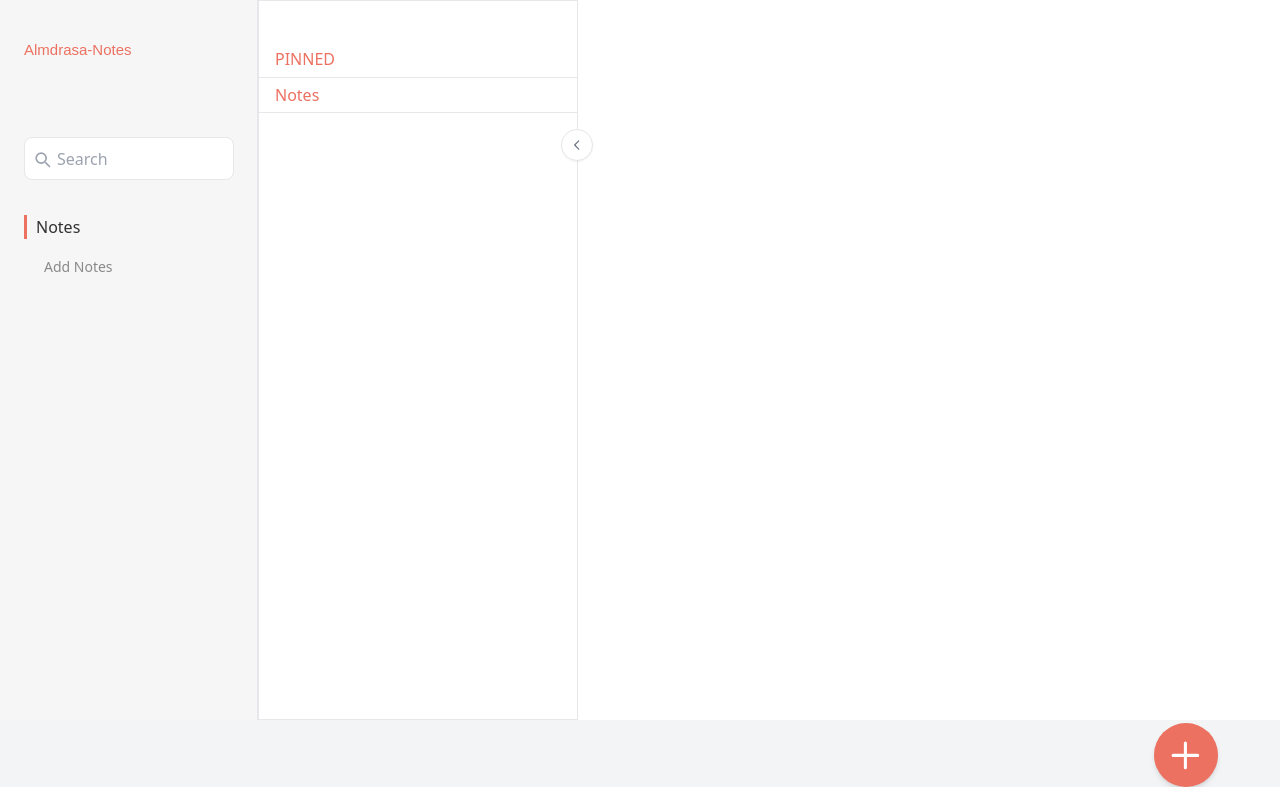
Repository: wafaa399/Note-App
Page: index.html
These files come from the project's save history. The page is drawn as it stood at one moment and after the next save; the edit follows.
The browser window is 1280 px wide. The pictures show the whole page.
Some web fonts or font styles are not loaded; a fallback is used. Some web libraries are served in a nearby version.

Above is the page before, as saved 2026-07-20 04:21:18.
Console error: ReferenceError: input is not defined

### index.html
<!doctype html>
<html lang="en">
  <head>
    <meta charset="UTF-8" />
    <meta name="viewport" content="width=device-width, initial-scale=1.0" />
    <meta
      name="description"
      content="A notes application built with HTML, CSS, and JavaScript."
    />
    <meta name="keywords" content="notes, HTML, CSS, JavaScript" />
    <link rel="icon" href="/img/Logo.png" type="image/png" />
    <title>Note App</title>
    <script src="https://cdn.tailwindcss.com"></script>
    <link rel="preconnect" href="https://fonts.googleapis.com" />
    <link rel="preconnect" href="https://fonts.gstatic.com" crossorigin />
    <link
      href="https://fonts.googleapis.com/css2?family=Aclonica&display=swap"
      rel="stylesheet"
    />

    <script>
      tailwind.config = {
        theme: {
          extend: {
            fontFamily: {
              aclonica: ["Aclonica", "sans-serif"],
            },
          },
        },
      };
    </script>
  </head>
  <script
    type="module"
    src="https://unpkg.com/ionicons@7.1.0/dist/ionicons/ionicons.esm.js"
  ></script>
  <script
    nomodule
    src="https://unpkg.com/ionicons@7.1.0/dist/ionicons/ionicons.js"
  ></script>
  <script type="module" src="./src/controller.js"></script>
  <body class="bg-gray-100 h-screen overflow-hidden text-sm text-gray-800">
    <!-- for phone only -->
    <div class="flex h-screen w-screen relative">
      <div
      class="md:hidden flex items-center justify-between h-14 px-4 border-b border-gray-200 bg-white relative z-30"
    >
      <button id="mobileMenuBtn" class="text-[#303030]">
        <svg class="w-6 h-6" fill="none" stroke="currentColor" viewBox="0 0 24 24">
          <path stroke-linecap="round" stroke-linejoin="round" stroke-width="2" d="M4 6h16M4 12h16M4 18h16" />
        </svg>
      </button>
      <h1 class="font-aclonica text-[0.9375rem] text-[#EC7160] font-normal">Almdrasa-Notes</h1>
      <button id="mobileSearchBtn" class="text-[#303030]">
        <svg class="w-5 h-5" fill="none" stroke="currentColor" viewBox="0 0 24 24">
          <path stroke-linecap="round" stroke-linejoin="round" stroke-width="2" d="M21 21l-4.35-4.35M17 11a6 6 0 11-12 0 6 6 0 0112 0z" />
        </svg>
      </button>
    </div>
    <div
      id="sidebarBackdrop"
      class="hidden md:hidden fixed inset-0 bg-black/30 z-30"
    ></div>

    <div class="flex h-[calc(100vh-3.5rem)] md:h-screen w-screen relative">
      <!--------SIDEBAR -------->
      <aside
        id="sidebar"
        class="bg-[#F6F6F6] border-r border-gray-200 flex-shrink-0 overflow-hidden pl-6 pt-10 md:translate-x-0
               transition-transform duration-300"
        style="width: 16.125rem"
      >
      <!-- phonee -->
      <button id="closeSidebarBtn" class="md:hidden absolute top-4 right-4 text-gray-500">
          <svg class="w-5 h-5" fill="none" stroke="currentColor" viewBox="0 0 24 24">
            <path stroke-linecap="round" stroke-linejoin="round" stroke-width="2" d="M6 18L18 6M6 6l12 12" />
          </svg>
        </button>

        <div class="w-[8.375rem] h-[1.0625rem] mb-[5rem]">
          <h1 class="font-aclonica text-[0.9375rem] text-[#EC7160] font-normal">
            Almdrasa-Notes
          </h1>
        </div>

        <div class="relative mb-5 w-[13.125rem] h-[2.7rem]">
          <input
            type="text"
            placeholder="Search"
            class="w-full h-full text-[1rem] border border-[#E7E7E9] rounded-lg pl-8 py-2 outline-none focus:ring-1 focus:ring-red-400"
          />
          <svg
            class="w-5 h-5 text-gray-400 absolute left-2 top-1/2 -translate-y-1/2"
            fill="none"
            stroke="currentColor"
            viewBox="0 0 24 24"
          >
            <path
              stroke-linecap="round"
              stroke-linejoin="round"
              stroke-width="2"
              d="M21 21l-4.35-4.35M17 11a6 6 0 11-12 0 6 6 0 0112 0z"
            />
          </svg>
        </div>
        <div class="space-y-2">
          <button
            data-view="notes"
            class="nav-item relative w-full h-[3.3rem] pl-3 rounded text-[1rem] font-medium text-[#303030] flex items-center"
          >
            <span
              class="absolute left-0 top-1/2 -translate-y-1/2 w-[.2rem] h-[1.5rem] bg-[#EC7160]"
            ></span>
            Notes
          </button>

          <button
            data-view="add"
            class="nav-item w-full h-3 text-left pl-5 rounded text-[#898989] flex items-center hover:bg-gray-50"
          >
            Add Notes
          </button>
        </div>
      </aside>

      <!--NOTES LIST:pinned or all -->
      <section
        class="relative md:w-80  flex-shrink-0 border border-[#E7E7E9] bg-white text-[#EC7160] h-full"
      >
        <div class="h-full overflow-y-auto overflow-x-hidden px-4 pt-12">
          <div class="mb-1">
            <p class="text-[1rem] font-normal mb-2">PINNED</p>
            <div id="pinnedList" class="space-y-1"></div>
          </div>
          <div class="mt-17">
            <div
              class="-mx-4 mb-8 h-[36px] border-y border-[#E7E7E9] flex items-center"
            >
              <p class="px-4 text-[1rem] font-normal">Notes</p>
            </div>
            <div id="notesList" class="space-y-9"></div>
          </div>
        </div>
        <button
          id="toggleBtn"
          class="absolute top-32 right-0 translate-x-1/2 z-20 w-8 h-8 bg-white border border-[#E7E7E9] rounded-full flex items-center justify-center shadow-sm hover:bg-gray-50 transition-all"
        >
          <svg
            id="toggleIcon"
            class="w-3.5 h-3.5 text-gray-500 transition-transform"
            fill="none"
            stroke="currentColor"
            viewBox="0 0 24 24"
          >
            <path
              stroke-linecap="round"
              stroke-linejoin="round"
              stroke-width="2"
              d="M15 19l-7-7 7-7"
            />
          </svg>
        </button>
      </section>
      <!--NOTE DETAIL -->
      <main class="flex-1 overflow-y-auto bg-white">
        <div id="detailView" class="pt-[114px]"></div>
        <button
          id="addNoteFab"
          class="absolute top-[45.2rem] right-[3.9rem] w-16 h-16 rounded-full bg-[#EC7160] text-white flex items-center justify-center shadow-md hover:bg-[#e05f4d] transition-colors"
        >
          <svg
            class="w-[2.3rem] h-[2.3rem]"
            fill="none"
            stroke="currentColor"
            viewBox="0 0 24 24"
          >
            <path
              stroke-linecap="round"
              stroke-linejoin="round"
              stroke-width="2"
              d="M12 4v16m8-8H4"
            />
          </svg>
        </button>
      </main>
    </div>
  </body>
</html>

### src/controller.js
import * as Model from "./model.js";
import { renderNotesList } from "./Views/notesView.js";
import { renderNoteDetail, renderAddNoteForm } from "./Views/detailsView.js";

let currentQuery = "";
const isMobile = () => window.matchMedia("(max-width: 767px)").matches;

function showListScreen() {
  if (!isMobile()) return;
  document.getElementById("notesSection").classList.remove("hidden");
  document.getElementById("detailSection").classList.add("hidden");
}

function showDetailScreen() {
  if (!isMobile()) return;
  document.getElementById("notesSection").classList.add("hidden");
  document.getElementById("detailSection").classList.remove("hidden");
}

function refreshList() {
  const source = currentQuery
    ? Model.searchNotes(currentQuery)
    : Model.getAllNotes();
  const pinned = source.filter((n) => n.pinned);
  const unpinned = source.filter((n) => !n.pinned);

  renderNotesList({
    pinned,
    unpinned,
    onSelect: (id) => {
      const note = Model.getNoteById(id);
      renderNoteDetail(note);
      showDetailScreen();
    },
    onDelete: (id) => {
      Model.deleteNote(id);
      refreshList();
      renderNoteDetail(null);
      showListScreen();
    },
  });
}

function showAddNoteForm() {
  renderAddNoteForm({
    onSubmit: ({ title, author, content, pinned }) => {
      const note = Model.addNote({ title, author, content, pinned });
      refreshList();
      renderNoteDetail(note);
    },
  });
  showDetailScreen();
}

function openMobileSidebar() {
  document.getElementById("sidebar").classList.remove("-translate-x-full");
  document.getElementById("sidebarBackdrop").classList.remove("hidden");
}

function closeMobileSidebar() {
  document.getElementById("sidebar").classList.add("-translate-x-full");
  document.getElementById("sidebarBackdrop").classList.add("hidden");
}

function initSidebar() {
  document.querySelectorAll(".nav-item").forEach((btn) => {
    btn.addEventListener("click", () => {
      const view = btn.dataset.view;
      if (view === "add") {
        showAddNoteForm();
      } else {
        renderNoteDetail(null);
        showListScreen();
      }
      closeMobileSidebar();
    });
  });

  document
    .getElementById("addNoteFab")
    .addEventListener("click", showAddNoteForm);
}

input.addEventListener("input", renderResults);

function initSearch() {
  document
    .querySelector('input[placeholder="Search"]')
    .addEventListener("input", (e) => {
      currentQuery = e.target.value;
      refreshList();
    });
}

function initToggleSidebar() {
  const sidebar = document.getElementById("sidebar");
  const toggleBtn = document.getElementById("toggleBtn");
  const toggleIcon = document.getElementById("toggleIcon");
  let collapsed = false;

  toggleBtn.addEventListener("click", () => {
    collapsed = !collapsed;
    sidebar.style.width = collapsed ? "0rem" : "16.125rem";
    sidebar.style.paddingLeft = collapsed ? "0" : "";
    toggleIcon.style.transform = collapsed ? "rotate(180deg)" : "rotate(0deg)";
  });
}

function init() {
  initSidebar();
  initSearch();
  initToggleSidebar();
  refreshList();
  renderNoteDetail(null);
  showListScreen();
}

document.addEventListener("DOMContentLoaded", init);

### src/model.js
const STORAGE_KEY = "almdrasa_notes";

function loadNotes() {
  const data = localStorage.getItem(STORAGE_KEY);
  return data ? JSON.parse(data) : [];
}

function saveNotes(notes) {
  localStorage.setItem(STORAGE_KEY, JSON.stringify(notes));
}

let notes = loadNotes();
//to get data of notes from localstorage

export function getAllNotes() {
  return notes;
}

///status of notes
//1-pinned notes
export function getPinnedNotes() {
  return notes.filter((n) => n.pinned);
}

//2-regular notes
export function getUnpinnedNotes() {
  return notes.filter((n) => !n.pinned);
}
export function getNoteById(id) {
  return notes.find((n) => n.id === id);
}

export function addNote({ title, author, content, pinned = false }) {
  const newNote = {
    id: Date.now().toString(),
    title,
    author,
    content,
    date: new Date().toISOString(),
    pinned,
  };
  notes.unshift(newNote);
  saveNotes(notes);
  return newNote;
}

export function deleteNote(id) {
  notes = notes.filter((n) => n.id !== id);
  saveNotes(notes);
}

export function searchNotes(query) {
  const q = query.trim().toLowerCase();
  if (!q) return notes;
  return notes.filter(
    (n) =>
      n.title.toLowerCase().includes(q) || n.content.toLowerCase().includes(q),
  );
}

### src/views/notesView.js
import { formatDate, truncate, clear } from "../helper.js";

function noteItemHTML(note) {
  return `
    <div class="w-[16.625rem] h-[6.625rem] note-item cursor-pointer px-2 py-2 rounded hover:bg-gray-50" data-id="${note.id}">
      <p class="font-medium text-[#303030] leading-6 text-[1rem] ">${note.title}</p>
      <p class="w-[16.5625rem] h-[2.5rem] text-[#898989]  text-[.82rem] font-medium leading-5  mt-1">${truncate(note.content, 70)}</p>
      <div class=" w-[14.5625rem] flex justify-between items-center mt-1 ">
        <span class="text-[#898989] text-[.81rem]  leading-5  font-medium mt-2">${formatDate(note.date)}</span>
        <button class="delete-btn text-[#D82700] text-sm " data-id="${note.id}">Delete</button>
      </div>
    </div>
  `;
}

export function renderFlatList(container, notes, { onSelect, onDelete }) {
  clear(container);
  notes.forEach((note) =>
    container.insertAdjacentHTML("beforeend", noteItemHTML(note)),
  );
  container.querySelectorAll(".note-item").forEach((item) => {
    item.addEventListener("click", (e) => {
      if (e.target.classList.contains("delete-btn")) return;
      onSelect(item.dataset.id);
    });
  });
  container.querySelectorAll(".delete-btn").forEach((btn) => {
    btn.addEventListener("click", (e) => {
      e.stopPropagation();
      onDelete(btn.dataset.id);
    });
  });
}

export function renderNotesList({ pinned, unpinned, onSelect, onDelete }) {
  const pinnedContainer = document.getElementById("pinnedList");
  const notesContainer = document.getElementById("notesList");
  clear(pinnedContainer);
  clear(notesContainer);

  pinned.forEach((note) =>
    pinnedContainer.insertAdjacentHTML("beforeend", noteItemHTML(note)),
  );
  unpinned.forEach((note) =>
    notesContainer.insertAdjacentHTML("beforeend", noteItemHTML(note)),
  );

  document.querySelectorAll(".note-item").forEach((item) => {
    item.addEventListener("click", (e) => {
      if (e.target.classList.contains("delete-btn")) return;
      onSelect(item.dataset.id);
    });
  });

  document.querySelectorAll(".delete-btn").forEach((btn) => {
    btn.addEventListener("click", (e) => {
      e.stopPropagation();
      onDelete(btn.dataset.id);
    });
  });
}

### src/views/detailsView.js
import { formatDate } from "../helper.js";

export function renderNoteDetail(note) {
  const container = document.getElementById("detailView");
  if (!note) {
    container.innerHTML = `
      <div class="flex flex-col items-center justify-center h-[70vh] text-center mx-auto">
    <h2 class="text-[24px] font-semibold text-[#303030] mb-2">
      No Note Selected
    </h2>
    <p class="text-[16px] text-[#898989]">
      Select a note or create a new one to get started.
    </p>
    </div>`;
    return;
  }
  container.innerHTML = `
   <div class="w-[37.5rem] mx-auto">
    <h2 class="text-2xl font-semibold text-[#303030] mb-1">${note.title}</h2>
    <p class="text-gray-400 text-sm mb-6">${formatDate(note.date)} / By ${note.author}</p>
    <p class="text-gray-600 leading-7 whitespace-pre-line">${note.content}</p>
    </div>
  `;
}

export function renderAddNoteForm({ onSubmit }) {
  const container = document.getElementById("detailView");
  container.innerHTML = `

    <div class=" w-[37.5rem] h-[34.625rem] space-y-4 mx-auto">
    <h2 class="text-[1.63rem] leading-8 font-semibold text-[#303030] mb-6">Add Note</h2>
      <div class="w-[31.25rem] h-[4.4375rem]">
        <label class="block text-gray-500 mb-1">Title*</label>
        <input id="noteTitle" type="text" class=" w-[31.25rem] h-[2.8125rem] border border-gray-200 rounded px-3 py-2 outline-none focus:ring-1 focus:ring-red-400" />
      </div>
      <div class="w-[31.25rem] h-[4.4375rem]">
        <label class="block text-gray-500 mb-1">Author*</label>
        <input id="noteAuthor" type="text" class=" w-[31.25rem] h-[2.8125rem] border border-gray-200 rounded px-3 py-2 outline-none focus:ring-1 focus:ring-red-400" />
      </div>
      <div>
        <label class="block text-gray-500 mb-1">Your Note*</label>
        <textarea id="noteContent" rows="6" class="w-[31.25rem] h-[12rem] border border-gray-200 rounded px-3 py-2 outline-none focus:ring-1 focus:ring-red-400"></textarea>
      </div>
      <div class="flex gap-3">
        <button id="addNoteBtn" class="w-[9rem] h-[2.5rem] bg-[#EC7160] text-white px-5 py-2 rounded hover:bg-[#e05f4d]">Add Note</button>
        <button id="addPinnedBtn" class="w-[8.625rem] h-[2.5rem] bg-[#EC7160] text-white  px-4 py-2 rounded hover:bg-[#e05f4d]">Add pinned note</button>
      </div>
    </div>
  `;

  function submitHandler(pinned) {
    const title = document.getElementById("noteTitle").value.trim();
    const author = document.getElementById("noteAuthor").value.trim();
    const content = document.getElementById("noteContent").value.trim();
    if (!title || !author || !content) {
      alert("Please complete all required fields.");
      return;
    }
    onSubmit({ title, author, content, pinned });
  }

  document
    .getElementById("addNoteBtn")
    .addEventListener("click", () => submitHandler(false));
  document
    .getElementById("addPinnedBtn")
    .addEventListener("click", () => submitHandler(true));
}

### src/helper.js
export function formatDate(isoString) {
  const date = new Date(isoString);
  return date.toLocaleDateString("en-US", {
    month: "short",
    day: "numeric",
    year: "numeric",
  });
}
// //if the description of note very long add like etc...
export function truncate(text, maxLength = 90) {
  if (text.length <= maxLength) return text;
  return text.slice(0, maxLength).trim();
}

//for clearing search
export function clear(container) {
  container.innerHTML = "";
}

After the next save:
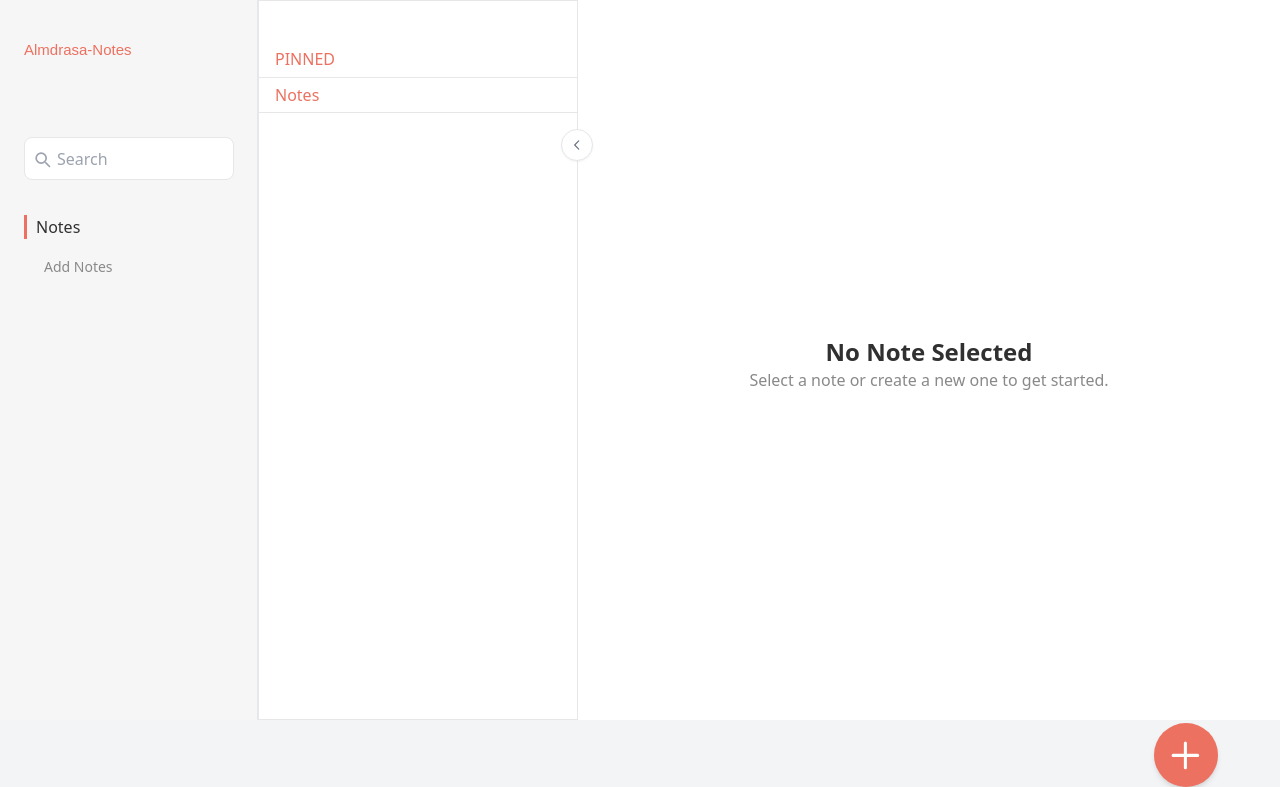
The error is gone.
Saved 13 s later.
--- a/src/controller.js
+++ b/src/controller.js
@@ -81,8 +81,6 @@ function initSidebar() {
     .addEventListener("click", showAddNoteForm);
 }
 
-input.addEventListener("input", renderResults);
-
 function initSearch() {
   document
     .querySelector('input[placeholder="Search"]')
